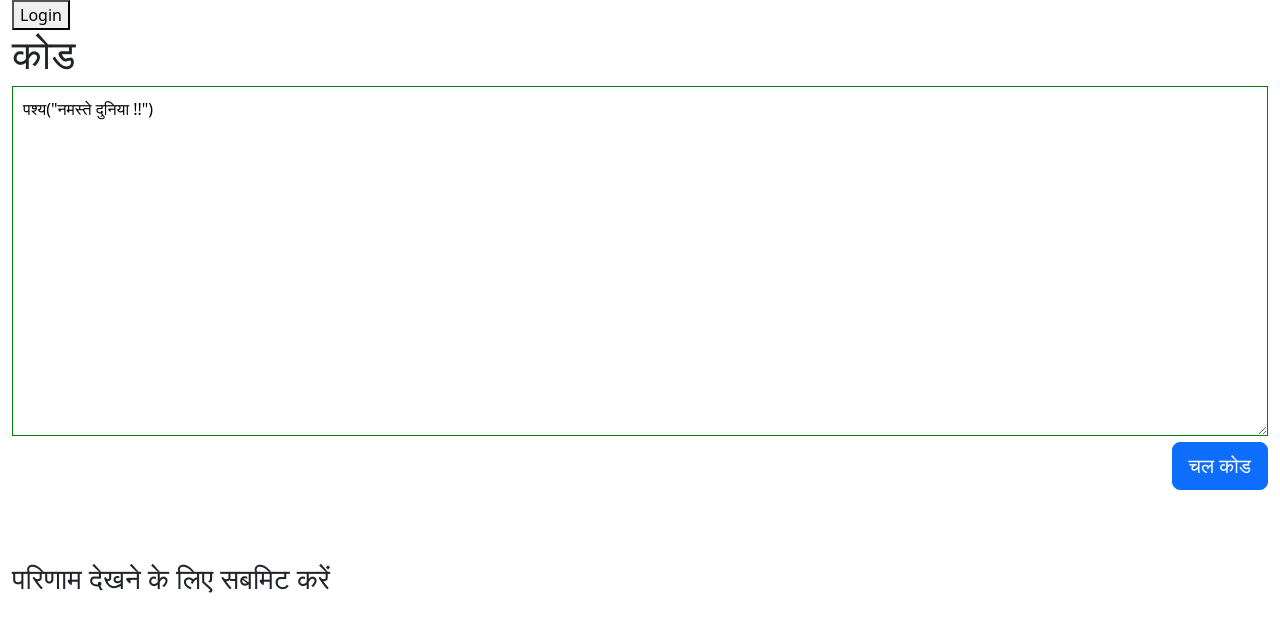
Repository: Vivek3072/webapp_shuniya_code.com
Page: /
The author's editor kept a copy of each file at every save. The page is drawn from the files as they stood at one save, then again after a run of saves.
The browser window is 1280 px wide. The pictures show the whole page.
The project was rebuilt for these pictures with package versions that can differ from the ones it lists, and the page was loaded fresh each time. Also part of the build but not shown: src/components/Login.js, src/components/Singup.js. Imported but missing from the stored project, and not drawn on this page: src/axiosApi.

Above is the page before, as saved 2021-02-27 23:24:58.

After the next 2 saves:
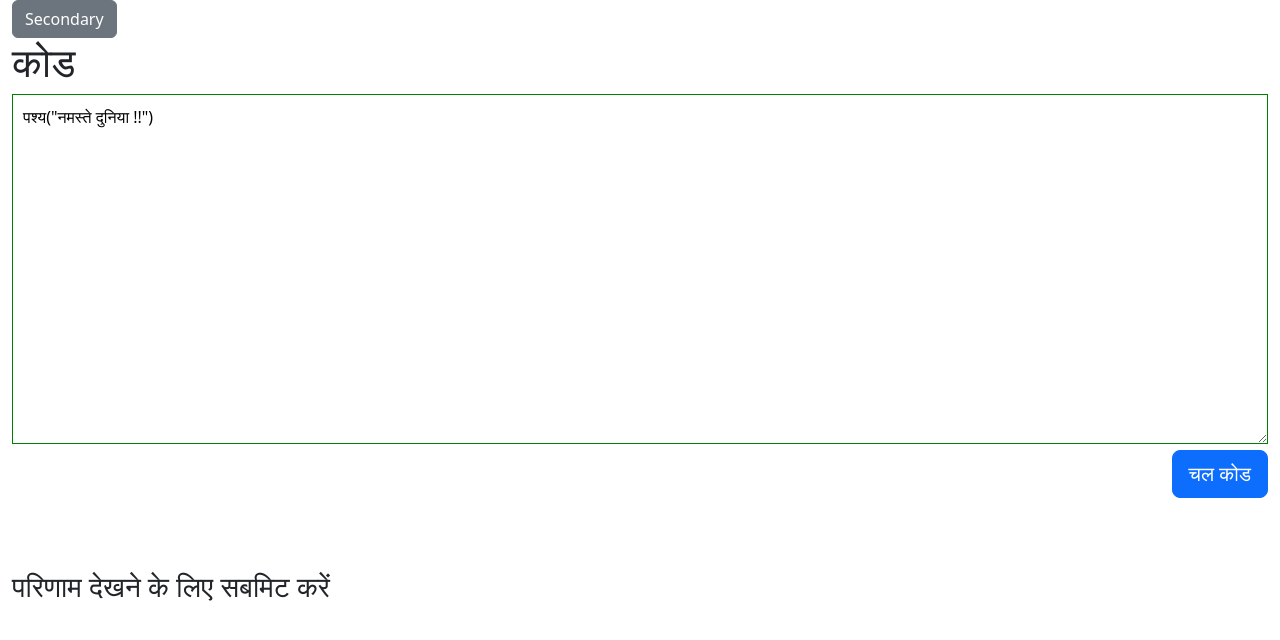
The 2 saves are shown as one change because they came seconds apart.
The last was saved 62 s later.
--- a/src/App.js
+++ b/src/App.js
@@ -48,7 +48,9 @@ class App extends Component {
                   <span> <i className="fa fa fa-user"></i>User </span>
                 <button onClick={this.handleLogout}>Logout</button>
                 </div>
-                :<button onClick={this.login}>Login</button> }
+                :
+               <button type="button" className="btn btn-secondary" onClick={this.login}>Secondary</button>
+                }
 
                 </nav>
                     <Switch>
